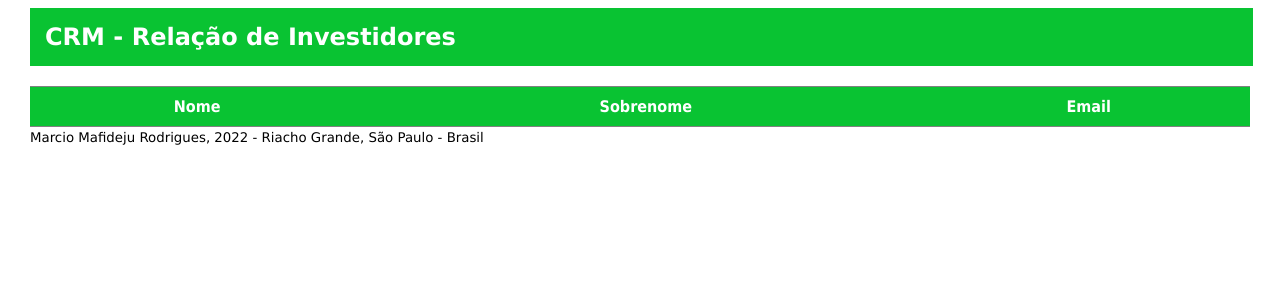
Repository: mafideju/CustomerTracker
Page: http://localhost/web-customer-tracker/WEB-INF/view/list-customers.jsp
The author's editor kept a copy of each file at every save. The page is drawn from the files as they stood at one save, then again after the next save.
The browser window is 1280 px wide. The pictures show the whole page.
The page is served by Tomcat 9. Nobody is signed in. The template is opened directly, without the code that normally fills it, so the values that code supplies are empty.

Above is the page before, as saved 2022-01-21 21:16:19.

After the next save:
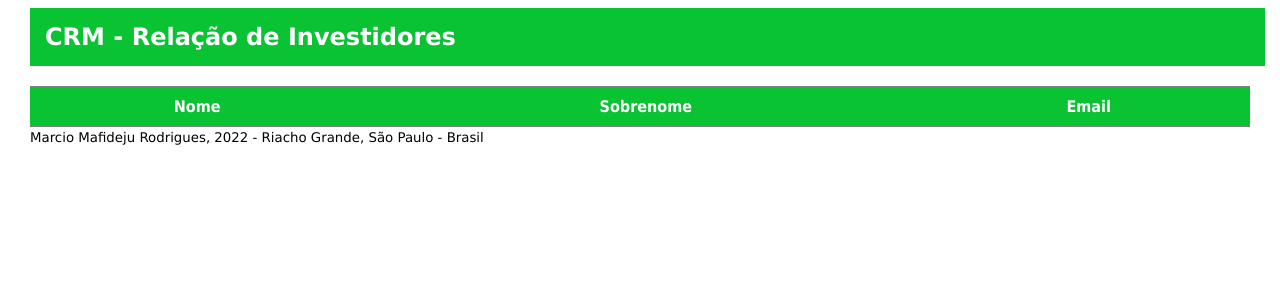
Saved 30 s later.
--- a/web-customer-tracker/WebContent/resources/css/style.css
+++ b/web-customer-tracker/WebContent/resources/css/style.css
@@ -27,7 +27,7 @@ tr:nth-child(even) {background: rgb(222, 221, 218)}
 tr:nth-child(odd) {background: #BBBBBB}
 
 #wrapper {width: 100%; margin-top: 0px; }
-#header {width: 99%; background: #09c332; margin-top: 0px; padding:15px 0px 15px 15px;}
+#header {width: 100%; background: #09c332; margin-top: 0px; padding:15px 0px 15px 15px;}
 #header h2 {width: 100%; margin:auto; color: #FFFFFF;}
 #container {width: 100%; margin:auto}
 #container h3 {color: #000;}
